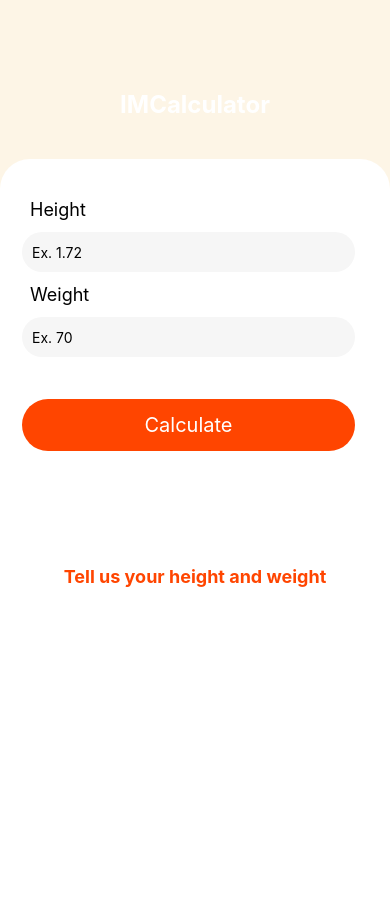
Repository: rubenmatias08/IMCTracker
Screen: /
The author's editor kept a copy of each file at every save. The screen is drawn from the files as they stood at one save, then again after the next save.
The app was drawn by React Native's web renderer in a window 390 px wide. The project was rebuilt for these pictures with package versions that can differ from the ones it lists, and the page was loaded fresh each time.

Above is the screen before, as saved 2024-03-11 00:52:48.

### App.js
import { StyleSheet, View } from 'react-native';
import Title from './src/components/Title';
import Form from './src/components/Form/index'

export default function App() {
  return (
    <View style={styles.container}>
      <Title/>
      <Form />
    </View>
  );
}

const styles = StyleSheet.create({
  container: {
    flex: 1,
    backgroundColor: '#FDF5E6',
    paddingTop: 80,

  },
});



/*
   alignItems: 'center',
    justifyContent: 'center',

*/

### src/components/Title/index.js
import React from "react";
import { View,Text } from "react-native"; //Componentes
import styles from "./style";

export default function Title(){
    return(
        <View style={styles.boxTitle}>
            <Text style={styles.textTitle}>IMCalculator</Text>
        </View>
    )
}

//Para aplicar a estilização colocamos: style={nomedoficheiroimportado.propriedadeJSON}

### src/components/Form/index.js
import React , {useState} from "react";
import { TextInput, View, Text, TouchableOpacity} from "react-native";
import ResultIMC from "./ResultIMC";
import styles from "./style";


export default function Form(){

    const [height, setHeight] = useState(null); // Altura
    const [weight, setWeight] = useState(null); // Peso
    const [messageIMC, setmessageIMC] = useState("Tell us your height and weight"); // Mensagem que contem o resultado
    const [imc,setIMC] = useState(null); // valor do IMC
    const [textButton, setTextButton] = useState("Calculate"); //

    //Calcular o imc é altura x altura a dividir por peso
    //E vamos querer que nos retorne o resultado (toFixed) que é para vir com 2 casas decimais apenas.
    function CalculatorIMC(){
        return setIMC((weight / (height * height)).toFixed(2))
    }

    //Caso os valores tiverem sido preenchidos ele valida, caso contrário temos de avisar o usuário para preencher os dados de altura e peso.
    //Aqui com a condição é: Caso os valores de height e weight sejam diferentes de null, ou seja, estão preenchidos... Chama a função CalculatorIMC() que fará o calculo que depois nos dá o resultado.
    function ValidationIMC(){
        if(height != null && weight != null){
            CalculatorIMC() //Função do calculo
            setHeight(null) //Reset de height para que se faça depois um novo calculo
            setWeight(null) //Reset de weight para que se faça depois um novo calculo
            setmessageIMC("Your IMC is:") //Mensagem para apresentar o resultado
            setTextButton("Calculate again") //Botão com mensagem
            return //Depois de tudo isto... Retorna-nos.
        }
        setIMC(null) //caso o peso e altura sejam nulos, colocamos o imc como nulo também para que não haja resposta de possiveis calculos anteriores
        setTextButton("Calculate") //Para voltar a apresentar o texto original
        setmessageIMC("Tell us your height and weight") //Para voltar a apresentar o texto original

    }


    return(
        <View style={styles.formContent}>
            <View style={styles.form}>
                <Text style={styles.formLabel}>Height</Text>
                <TextInput style= {styles.input}
                onChangeText={setHeight}
                value={height}
                placeholder="Ex. 1.72"
                keyboardType="numeric"
                />

                <Text style={styles.formLabel}>Weight</Text>
                <TextInput style= {styles.input}
                onChangeText={setWeight}
                value={weight}
                placeholder="Ex. 70"
                keyboardType="numeric"
                />

               <TouchableOpacity style={styles.buttonCalculator} onPress={() => ValidationIMC()}>
               <Text style={styles.textButtonCalculator}>{textButton}</Text>
               </TouchableOpacity>

            </View>
            <ResultIMC messageResultImc={messageIMC} resultImc={imc}/>
        </View>
    )
}

//O keyboardType indica qual o tipo de teclado que ele vai abrir
//No <ResultIMC> leva duas props com propriedades dinamicas.


//Antes tinhamos um Button para clicar em vez de TouchOpacity, assim:
//  <Button onPress={() => ValidationIMC()} title={textButton}/>
//mas fizemos diferente e usamos o TouchOpacity porque é mais moderno e melhor. Há várias opções assim, basta ver na documentação do react native.

### src/components/Title/style.js
import { StyleSheet } from "react-native";

const styles = StyleSheet.create( {
    boxTitle: {
        alignItems: "center",
        justifyContent: "center",
        padding: 10,
    },
    textTitle: {
        color:"white",
        fontSize:24,
        fontWeight:"bold"
    }
});

export default styles;

### src/components/Form/ResultIMC/index.js
import React from "react";
import { View , Text } from "react-native";
import styles from "./style";

export default function ResultIMC(props){
    return(
        <View style={styles.ResultIMC}>
            <Text style={styles.information}>{props.messageResultImc}</Text>
            <Text style={styles.numberIMC}>{props.resultImc}</Text>
        </View>
    )
}

//Neste componente vai ser mostrado o resultado do valor de IMC e uma mensagem com o valor desse IMC.

### src/components/Form/style.js
import { StyleSheet } from "react-native";

const styles = StyleSheet.create( {
    formContent: {
        width:"100%",
        height:"100%",
        bottom:0,
        backgroundColor:"#ffffff",
        alignItems:"center",
        borderTopLeftRadius:30,
        borderTopRightRadius:30,
        marginTop:30
    },
    form: {
        width:"100%",
        height:"auto", //Colocando auto, ao colocar novos items ao conteudo ele ajusta.
        marginTop:30,
        padding:10
    },
    formLabel:{
        color:"#000000",
        fontSize:18,
        paddingLeft:20,
    },
    input:{
        width:"90%",
        borderRadius:50,
        backgroundColor:"#f6f6f6",
        height:40,
        margin:12,
        paddingLeft:10,
    },
    buttonCalculator:{
        borderRadius:50,
        alignItems:"center",
        justifyContent:"center",
        width:"90%",
        backgroundColor:"#FF4500",
        paddingTop:14,
        paddingBottom:14,
        marginLeft:12,
        margin:30

    },
    textButtonCalculator:{
        fontSize:20,
        color: "#ffffff",
    }
});

export default styles;

### src/components/Form/ResultIMC/style.js
import { StyleSheet } from "react-native";

const styles = StyleSheet.create( {
    ResultIMC: {
        flex:1,
        marginTop:15,
        paddingTop:60,
        borderRadius:50,
        alignItems:"center",
        width:"100%",
    },
    numberIMC:{
        fontSize:48,
        color:"#FF4500",
        fontWeight:"bold"
    },
    information:{
        fontSize:18,
        color:"#FF4500",
        fontWeight:"bold"
    }
});

export default styles;

After the next save:
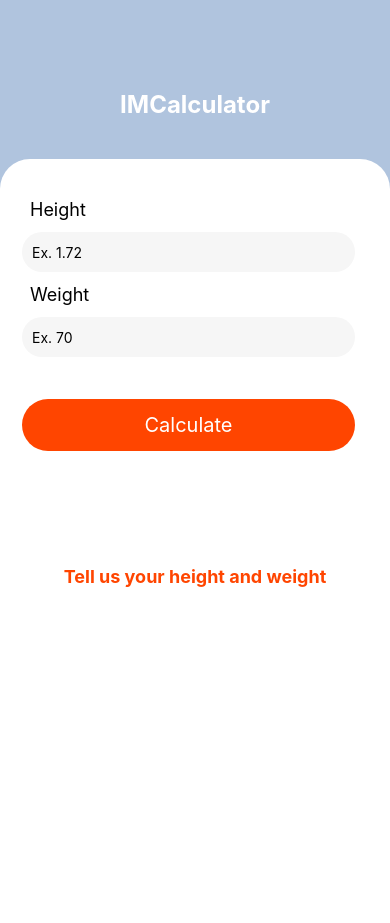
Saved 40 s later.
--- a/App.js
+++ b/App.js
@@ -14,7 +14,7 @@ export default function App() {
 const styles = StyleSheet.create({
   container: {
     flex: 1,
-    backgroundColor: '#FDF5E6',
+    backgroundColor: '#B0C4DE',
     paddingTop: 80,
 
   },
